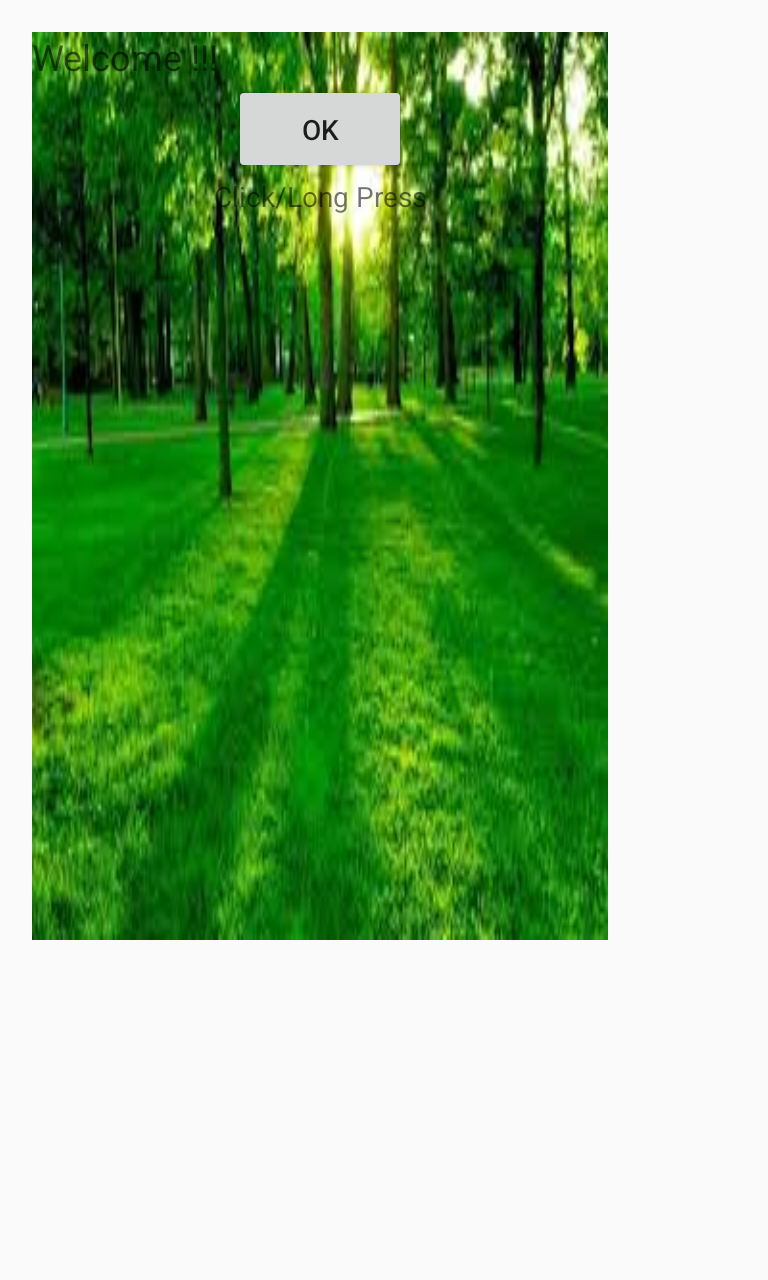
Repository: shivamgeek/Android-Code-Examples
Layout: fragment/res/layout/activity_main.xml
An editor plug-in stored every save of this project. The layout is shown before and after the next save, followed by the edit.
It is drawn on a 768 x 1280 px phone screen (xhdpi) without system bars, with theme AppTheme; the app's code is not run.

Above is the layout before, as saved 2015-08-05 17:40:25.

After the next save:
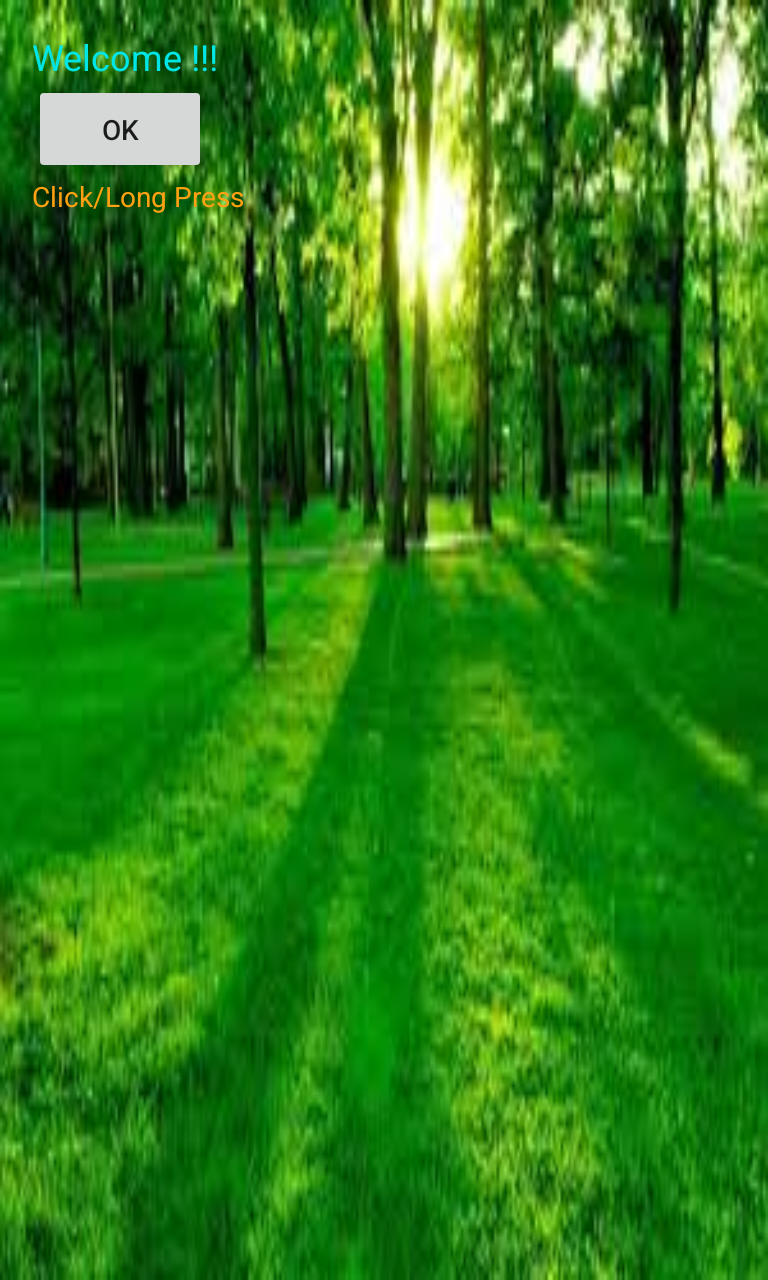
Saved 31 s later.
--- a/fragment/res/layout/activity_main.xml
+++ b/fragment/res/layout/activity_main.xml
@@ -1,44 +1,38 @@
 <LinearLayout xmlns:android="http://schemas.android.com/apk/res/android"
     xmlns:tools="http://schemas.android.com/tools"
+    android:id="@+id/ly"
     android:layout_width="match_parent"
-    android:layout_height="250dp"
-
+    android:layout_height="match_parent"
+    android:background="@drawable/a"
     android:orientation="vertical"
     android:paddingBottom="@dimen/activity_vertical_margin"
     android:paddingLeft="@dimen/activity_horizontal_margin"
     android:paddingRight="@dimen/activity_horizontal_margin"
     android:paddingTop="@dimen/activity_vertical_margin"
+    android:scaleGravity="clip_horizontal"
+    android:scaleHeight="100%"
+    android:scaleWidth="100%"
     tools:context="com.example.fragment.MainActivity" >
 
-    <LinearLayout
-          android:background="@drawable/a"
-        android:id="@+id/LinearLayout2"
-        android:layout_width="288dp"
-        android:layout_height="454dp"
-        android:orientation="vertical" >
+    <TextView
+        android:id="@+id/textView1"
+        android:layout_width="match_parent"
+        android:layout_height="wrap_content"
+        android:text="Welcome !!!"
+        android:textAppearance="?android:attr/textAppearanceMedium"
+        android:textColor="#00e5e5" />
 
-        <TextView
-            android:id="@+id/textView1"
-            android:layout_width="match_parent"
-            android:layout_height="wrap_content"
-            android:layout_gravity="center_horizontal|center|fill"
-            android:text="Welcome !!!"
-            android:textAppearance="?android:attr/textAppearanceMedium" />
+    <Button
+        android:id="@+id/button1"
+        android:layout_width="wrap_content"
+        android:layout_height="wrap_content"
+        android:text="OK" />
 
-        <Button
-            android:id="@+id/button1"
-            android:layout_width="wrap_content"
-            android:layout_height="wrap_content"
-            android:layout_gravity="center"
-            android:text="OK" />
-
-        <TextView
-            android:id="@+id/textView2"
-            android:layout_width="wrap_content"
-            android:layout_height="wrap_content"
-            android:layout_gravity="center"
-            android:text="Click/Long Press" />
-
-    </LinearLayout>
+    <TextView
+        android:id="@+id/textView2"
+        android:layout_width="wrap_content"
+        android:layout_height="wrap_content"
+        android:text="Click/Long Press"
+        android:textColor="#ffa112" />
 
 </LinearLayout>
